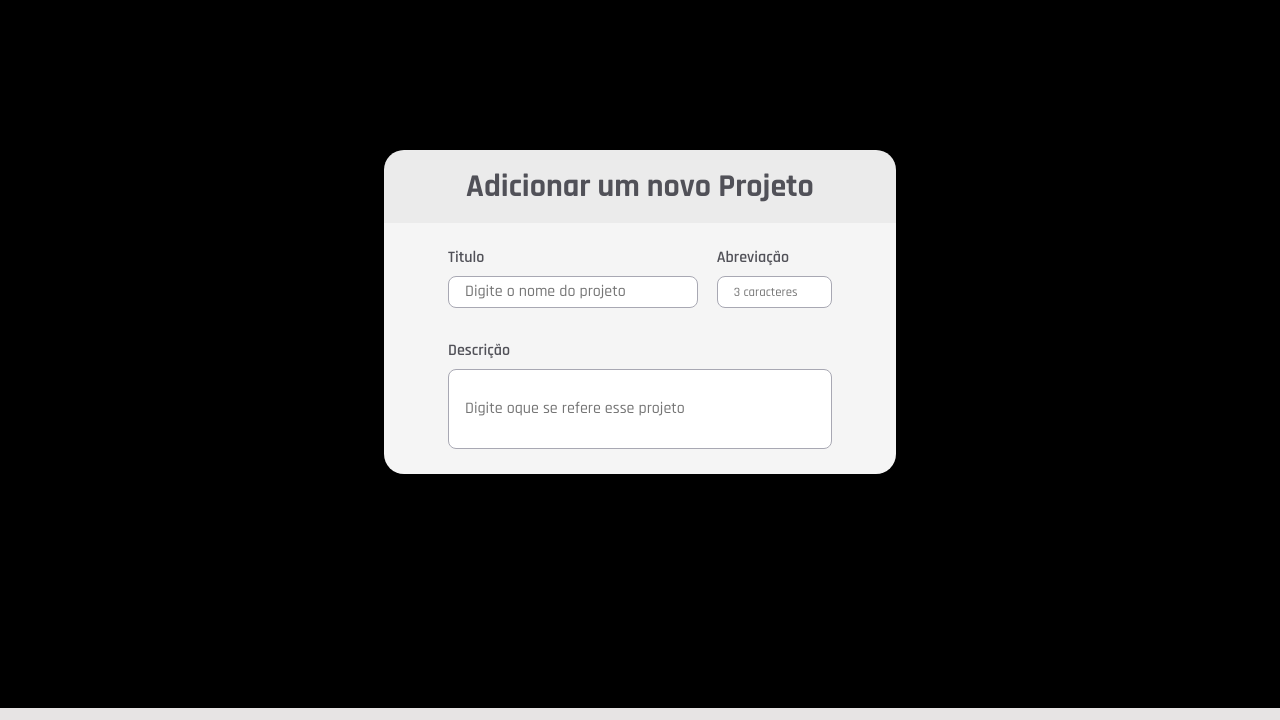
Repository: kika-cavalher/qapp-web
Page: /, after clicking the first element matching `div.btn-open-modal > button`
An editor plug-in stored every save of this project. The page is shown before and after a run of saves, followed by the edit.
The browser window is 1280 px wide. The pictures show the whole page.
The page's requests for data from a server got no answer. The project was rebuilt for these pictures with package versions that can differ from the ones it lists, and the page was loaded fresh each time. No one was signed in, and anything a server would have sent is missing. Also part of the build but not shown: src/hooks/useAuth.ts, src/styles/pages/signIn.scss, src/components/Pages/auth/SignIn.tsx, src/styles/pages/signUp.scss, src/components/Pages/auth/SignUp.tsx. Imported but missing from the stored project, and not drawn on this page: src/components/PageDefault/head/logo/logo.

Above is the page before, as saved 2022-03-24 18:15:05.

### public/index.html
<!DOCTYPE html>
<html lang="pt-br">
  <head>
    <meta charset="utf-8" />
    <meta name="viewport" content="width=device-width, initial-scale=1" />

    <link rel="preconnect" href="https://fonts.googleapis.com">
    <link rel="preconnect" href="https://fonts.gstatic.com" crossorigin>
    <link href="https://fonts.googleapis.com/css2?family=Rajdhani:wght@300;400;500;600;700&display=swap" rel="stylesheet">

    <title>QApp</title>
  </head>
  <body>
    <noscript>You need to enable JavaScript to run this app.</noscript>
    <div id="root"></div>
  </body>
</html>

### src/index.tsx
import React from 'react';
import ReactDOM from 'react-dom';
import App from './App';

import './styles/styles.scss';
import './services/firebase'


ReactDOM.render(
  <React.StrictMode>
    <App />
  </React.StrictMode>,
  document.getElementById('root')
);

### src/App.tsx
import { AuthContextProvider } from './contexts/AuthContext'
import { BrowserRouter, Routes, Route } from "react-router-dom";

import { ProjectPage  } from "./components/Pages/project";
import { LoginPage } from "./components/Pages/auth/signIn";
import { RegisterPage } from "./components/Pages/auth/signUp";


function App() {
  return (
    <BrowserRouter>
      <AuthContextProvider>
        <Routes>
          <Route path="/" element={<ProjectPage  />} />
          <Route path="auth/sign-in" element={<LoginPage />} />
          <Route path="auth/sign-up" element={<RegisterPage  />} />
        </Routes>
      </AuthContextProvider>
    </BrowserRouter>
  );
}

export default App;

### src/styles/styles.scss
@import 'variables.scss';

* {
    box-sizing: border-box;
    margin: 0;
    padding: 0;
  }

  body {
    background: $white-offwhite;
    color: $dark-grey;
  }

  body, input, button, textarea {
    font: 400 16px 'Rajdhani', sans-serif;
  }

### src/services/firebase.ts
import firebase from 'firebase/compat/app';
import 'firebase/compat/auth';
import { getFirestore } from "firebase/firestore";


const firebaseConfig = {
  apiKey: process.env.REACT_APP_API_KEY,
  authDomain: process.env.REACT_APP_AUTH_DOMAIN,
  databaseURL: process.env.REACT_APP_DATABASE_URL,
  projectId: process.env.REACT_APP_PROJECT_ID,
  storageBucket: process.env.REACT_APP_STORAGE_BUCKET,
  messagingSenderId: process.env.REACT_APP_MESSAGING_SENDER_ID,
  appId: process.env.REACT_APP_APP_ID
};

firebase.initializeApp(firebaseConfig);

const auth = firebase.auth();
const database = getFirestore();

export { firebase, auth, database }

### src/contexts/AuthContext.tsx
import { createContext, ReactNode, useEffect, useState } from "react";
import { createUserWithEmailAndPassword, signInWithEmailAndPassword, getAuth } from "firebase/auth"
import firebase from "firebase/compat";


type User = {
  email: string;
  password: string;
}

type AuthContextProviderProps = {
  children?: ReactNode | undefined;
}

type AuthContextType = {
  user: User | undefined;
  signIn: (props: User) => Promise<void>;
  signUp: (props: User) => Promise<void>;
  // signInWithGoogle: () => Promise<void>;
}


export const AuthContext = createContext({} as AuthContextType);

export const AuthContextProvider = (props: AuthContextProviderProps) => {
  const [user, setUser] = useState<User>();
  const auth = getAuth();


  const signIn = async (props: User) => {
    signInWithEmailAndPassword(auth, props.email, props.password)
    .then((userCredential) => {
      if (!userCredential) {
        throw new Error('Missing information from Google Account.');
      }
      setUser({
        email: props.email,
        password: props.password
      })
    })
    .catch((error) => {
      console.log(error.code & error.message);
    })
  }


  const signUp = async (props: User) => {
    createUserWithEmailAndPassword(auth, props.email, props.password)
    .then((userCredential) => {
      console.log(userCredential.user);
    })
    .catch((error) => {
      console.log(error.code & error.message);
    })
  };

  // async function signInWithGoogle() {
  //   const provider = new firebase.auth.GoogleAuthProvider();
  //   const result = await auth.signInWithPopup(provider);
  //   .then((userCredential) => {
  //     if (!userCredential) {
  //       throw new Error('Missing information from Google Account.');
  //     }
  //     setUser({
  //       email: email,
  //       password: password
  //     })
  //   })
  //   .catch((error) => {
  //     console.log(error.code & error.message);
  //   })
  // }

  useEffect(() => {
    const unsubscribe = auth.onAuthStateChanged(user => {
      if (user) {
        const { email } = user

        if (!email) {
          throw new Error('Missing information from your Account.');
        }
        setUser({
          email: email,
          //erro , onde pega a senha?
          password: user.refreshToken
        })
      }
    })

    return () => {
      unsubscribe();
    }
  }, [])

  //useImperativeHandle?

  return (
    <AuthContext.Provider  value={{user, signIn, signUp}}>
      {props.children}
    </AuthContext.Provider>
  )

}

### src/components/Pages/project/index.tsx
import { useCallback, useRef } from "react";

import { TopMenu } from "../../PageDefault/head/menu";
import { Search } from "../../Global/search";
import { Footer } from "../../PageDefault/footer";
import Modals, { ModalHandles } from "../../Global/modal";
import { Button } from "../../Global/button";

import iconAdd from '../../../assets/icon/add.png';
import './style.scss'

export function ProjectPage () {
    const arrumarVariavel = "Projetos";
    const modalRef = useRef<ModalHandles>(null)

    const handleOpenModal = useCallback(() => {
        modalRef.current?.openModal();
    }, [])


    return (
        <div id="page-project">
            <TopMenu />
                <div className='page-project--main__container'>
                    <div className='page-project--container__title'>
                        <h1>{arrumarVariavel}</h1>
                    </div>
                <Search />
                <Button
                onClick={handleOpenModal}
                className="btn-open-modal">
                    Novo projeto
                </Button>
                <Modals ref={modalRef}/>
                    <div className='page-project--cards'>
                        <div className='page-project--cards__new'>
                            <div className='page-project--cards__new--icon'>
                                <input className='page-project--cards__new--img' type="image" src={iconAdd} alt="icone de orientação para adicionar novo projeto"/>
                            </div>
                        </div>
                    </div>
                </div>
            <Footer />
        </div>
    )
}

### src/styles/variables.scss
//colors
$white: #fff;
$white-offwhite: #f8f8f8;
$dark-offwhite: #f5f5f5;
$transparente: rgba(255, 255, 255, -0.1);

$light-grey: #e7e4e4;
$medium-grey: #c6c6c9;
$grey-with-transparency: rgba(0, 0, 0, 0.041);
$grey_border: #a8a8b3;
$dark-grey: #515158;

$turquoise: #1ac7c5;
$dark-greenish: #119d9c;

$dark-pink: #c86291;
$light-pink: #f8eaea;

$red_google: #ea4335;

// media queries
$monitor-width: 1300px;
@mixin monitor {
    @media (min-width: #{$monitor-width}) {
        @content;
    }
}

$notebook-width: 1300px;
$notebook-height: 700px;
@mixin notebook {
    @media (max-width: #{$notebook-width}) and (min-height: #{$notebook-height}){
        @content;
    }
}

$tablet-width: 850px;
@mixin tablet {
    @media (max-width: #{$tablet-width}){
        @content;
    }
}

$phone-width: 500px;
@mixin phone {
    @media (max-width: #{$phone-width}){
        @content;
    }
}

$screen-slim: 700px;
@mixin slim {
    @media (max-height: #{$screen-slim}) {
        @content;
    }
}

### src/components/PageDefault/head/menu/index.tsx
import { Link } from 'react-router-dom'

import './style.scss'
import Logo from '../logo';

export function TopMenu () {



    return (
        <div id="component--top-menu">
             <div className='component--top-menu__logo'>
                <Logo />
                <p>Gerenciador de testes.</p>
            </div>
            <div className='component--top-menu__pages'>
                <ul className='top-menu__list'>
                    <li className='top-menu__itens'>
                        <Link to='/' className='top-menu__pages--project'>Projetos
                        </Link>
                    </li>
                </ul>
                <ul className='top-menu__list'>
                    <li className='top-menu__itens'>
                        <Link to='/' className='top-menu__pages--reports'>Relatórios
                        </Link>
                    </li>
                </ul>
            </div>
            <div className='component--top-menu__user'>
                <div className='component--user__round'>
{/*                     <h1>{initials}</h1> */}
                </div>
            </div>
        </div>
    )
}

### src/components/Global/search/index.tsx
import { Button } from '../button';

import iconSearch from '../../../assets/icon/search.png';
import iconFilter from '../../../assets/icon/filter.png';
import './style.scss'


export function Search () {
    return (
        <div id="component--search">
            <div className='component--search__input'>
                <input type="text" placeholder="Digite o nome do (colocar variavel)"/>
                <div className='search__input--icon'>
                    <img id="icon-search" src={iconSearch} alt="icone de identificação visual do campo de busca" />
                </div>
            </div>
            <Button
            type="submit"
            className="btn__search">
                Buscar
            </Button>
            <div className='component--filters'>
                <img id="icon-filter" src={iconFilter} alt="icone de identificação visual das opções de filtragem" />
            </div>
        </div>
    )
}

### src/components/PageDefault/footer/index.tsx

import iconLinkedin from '../../../assets/icon/linkedin.png';
import iconInstagram from '../../../assets/icon/instagram.png';
import iconGithub from '../../../assets/icon/github.png';
import './style.scss';

export function Footer () {
    return (
        <div id="component--footer">
            <p>Produzido por Erica Cavalher</p>
            <div className='footer--list__social-media'>
                <img id="icon-add--linkedin" src={iconLinkedin} alt="icone de orientação para adicionar novo projeto" />
                <img id="icon-add--instagram" src={iconInstagram} alt="icone de orientação para adicionar novo projeto" />
                <img id="icon-add--github" src={iconGithub} alt="icone de orientação para adicionar novo projeto" />
            </div>
        </div>
    )
}

### src/components/Global/modal/index.tsx
import { forwardRef, useCallback, useImperativeHandle, useRef, useState } from "react"
import { Button } from "../button";

import './style.scss'

export interface ModalHandles {
    openModal: () => void;
}

const Modals: React.RefForwardingComponent<ModalHandles> = (props, ref) => {
    const titleRef = useRef<HTMLInputElement>(null);
    const abbreviationRef = useRef<HTMLInputElement>(null);
    const describeRef = useRef<HTMLInputElement>(null);
    const [visible, setVisible] = useState(false);

    const openModal = useCallback(() => {
        setVisible(true);
    }, []);

    useImperativeHandle(ref, () => {
        return {
            openModal
        };
    });

    const handleCloseModal = useCallback(() => {
        setVisible(false);
    }, []);

    if(!visible) {
        return null;
    }
    return (
        <div className="modal-out">
            <div className="modal">
            <div className="modal-header">
                <h1>Adicionar um novo Projeto</h1>
            </div>
            <div className="modal-content">
                <form className="modal-content--form">
                    <div className="modal-content--titleAndAbreviation">
                        <div className="modal-content--title">
                            <p className="modal---title">Titulo</p>
                            <input className="modal--title__input"
                            ref={titleRef}
                            type="text"
                            placeholder="Digite o nome do projeto">
                            </input>
                        </div>
                        <div className="modal-content--abbreviation">
                            <p className="modal--abbreviation">Abreviação</p>
                            <input className="modal--abbreviation__input"
                            ref={abbreviationRef}
                            type="text"
                            placeholder="3 caracteres">
                            </input>
                        </div>
                    </div>
                    <div className="modal-content--describe">
                        <p className="modal-content--describe__title">Descrição</p>
                        <input className="modal-content--describe_input"
                        ref={describeRef}
                        type="text-area"
                        placeholder="Digite oque se refere esse projeto">
                        </input>
                    </div>
                    <div className="btn-modal">
                        <Button onClick={handleCloseModal}>Salvar</Button>
                    </div>
                </form>
                </div>
            </div>
        </div>

    )
}

export default forwardRef(Modals);

### src/components/Global/button/index.tsx

import './style.scss'

//usestate
//onchange
//value
//name


type Button = {
    className?: string
    children?: React.ReactNode
    type?: "button" | "submit" | "reset" | undefined,
    onClick?: () => void,
}

export function Button ({ className, children, onClick, type }: Button) {
    return (
        <div className={className} >
            <button
            onClick={onClick}
            type={type}
            >
                {children}
            </button>
        </div>
    )
}

### src/components/Pages/project/style.scss
@import '../../../styles/variables.scss';

#page-project {
    display: flex;
    flex-direction: column;
    justify-content: space-between;
    height: 100%;
    z-index: 1;
}

.page-project--main__container {
    margin: 1.5rem 5rem;
}

.page-project--container__title {

    h1 {
        color: $dark-grey;
        font-size: 3.5rem;
        font-weight: 500;
    }
}

.page-project--cards {
    /* Colocar grid 3 card maximo por linha.  */

    .page-project--cards__new {
        background-color: $dark-greenish;
        width: 13rem;
        height: 18rem;
        border: 1px solid $dark-greenish;
        border-radius: 15px;
        color: $dark-grey;
        margin: 1rem 0 3rem 0;

        .page-project--cards__new--icon {
            display: flex;
            align-items: center;
            justify-content: center;
            height: 18rem;

            .page-project--cards__new--img{
                height: 10rem;
                width: 10rem;
            }
        }
    }

}

### src/components/PageDefault/head/menu/style.scss
@import '../../../../styles//variables.scss';

#component--top-menu {
    background: $dark-offwhite;
    border-bottom: 0.5px solid #DAD2D2;
    box-shadow: 0px 2px 2px rgba(0, 0, 0, 0.10);
    display: flex;
    flex-direction: row;
    height: 6rem;
    justify-content: space-between;
}

.component--top-menu__logo {
    align-items: center;
    display: flex;
    flex-direction: row;
    margin-left: 0.5rem;

    #img-logo {
        cursor: pointer;
        height: 60px;
        width: 60px;

        @include phone {
            width: 50px;
        }
    }

    p {
        font-size: 1rem;
        font-weight: 500;
        margin-right: 2rem;
        width: 5rem;
    }
}

.component--top-menu__pages {
    align-items: flex-end;
    display: flex;
    font-size: 1.2rem;
    width: 100%;
    height: 4rem;

    .top-menu__itens {
        list-style: none;
        margin-left: 2rem;

        a {
            color: $dark-grey;
            cursor: pointer;
            font-weight: 500;
            text-decoration: none;
        }

        &:hover {
            margin-bottom: 2px;
            border-bottom: 2px solid $turquoise
        }
    }
}

.component--top-menu__user {
    align-items: center;
    display: flex;
    justify-content: center;
    width: 10rem;

    .component--user__round {
        align-items: center;
        background: $turquoise;
		border: 1px solid $turquoise;
        border-radius: 50%;
        display: flex;
		height: 4rem;
        justify-content: center;
        text-transform: uppercase;
        width: 4rem;

        h1 {
            color: $white
        }
    }
}

### src/components/PageDefault/head/logo/index.tsx
import { useNavigate } from 'react-router-dom';
import logoQapp from '../../../../assets/images/logoQapp.png';

export default function Logo() {

    const history = useNavigate();
    function navigateToHome(e: { preventDefault: () => void; }) {
        e.preventDefault();
        history('/');
    }


    return (
        <img onClick={navigateToHome} id="img-logo" src={logoQapp} alt="Logo da empresa QApp" />
    );
  }

### src/components/Global/search/style.scss
@import '../../../styles/variables.scss';

#component--search {
    display: flex;
    align-items: center;
}

.component--search__input {
    display: flex;
    align-items: center;
    margin-right: 0.8rem;

    input {
        background: $transparente;
        border: 1px solid $grey_border;
        border-radius: 8px;
        color: $dark-grey;
        font-size: 0.8rem;
        font-weight: 500;
        height: 1.6rem;
        margin: 0.5rem 0;
        outline: none;
        padding: 0 10px;
        width: 17rem;
        z-index:2;
    }

    .search__input--icon {
        align-items: flex-end;
        display: flex;
        flex-direction: column;
        position: absolute;
        width: 16.3rem;
        z-index:1;

        img {
            height: 1.1rem;
            width: 1.1rem;
        }
    }
}

.component--filters {
    margin-left: 0.8rem;

    img {
        height: 1.8rem;
        width: 1.8rem;
    }
}

### src/components/PageDefault/footer/style.scss
@import '../../../styles/variables.scss';

#component--footer {
    align-items: center;
    background-color: $light-grey;
    bottom: 0;
    display: flex;
    flex-direction: column;
    height: 5rem;
    justify-content: center;
    position: fixed;
    text-align: center;
    width: 100vw;

    p{
        font-size: 1rem;
        font-weight: 600;
    }

    img {
        margin: 0.3rem 0.5rem 0 0;
        height: 1.5rem;
        width: 1.5rem;
    }

}

.footer--list__social-media {
    display: flex;
    flex-direction: row;
}

### src/components/Global/modal/style.scss
@import '../../../styles/variables.scss';

.modal-out {
    display: flex;
    align-items: center;
    justify-content: center;
    background: black;
    position: fixed;
    z-index: 2;
    width: 100%;
    height: 110%;
    margin-top: -25rem;
    margin-left: -5rem;
}

.modal {
    background: $dark-offwhite;
    border-radius: 20px;
    display: flex;
    height: 45%;
    flex-direction: column;
    overflow: hidden;
    position: fixed;
    width: 40%;
    z-index: 3;
}

.modal-header {
    background-color: $grey-with-transparency;
    padding: 1rem;
    text-align: center;
}

.modal-content {
    padding: 0.5rem 1rem;
    display: flex;
    justify-content: center;
}

.modal-content--form {
    display: flex;
    flex-direction: column;
    width: 80%;

    p {
        font-size: 1rem;
        font-weight: 600;
    }
}

.modal-content--titleAndAbreviation {
    display: flex;
    flex-direction: row;
    justify-content: space-between;
    margin-top: 1rem;
    width: 100%;

    input {
        background: $white;
        border: 1px solid $grey_border;
        border-radius: 8px;
        color: $dark-grey;
        font-weight: 500;
        height: 2rem;
        margin: 0.5rem 0 2rem 0;
        outline: none;
        padding: 0 16px;
        width: 100%;

        &:hover {
            border: 2px solid $turquoise;

            @include phone {
                border: 1px solid $turquoise;
            }

            @include slim {
                border: 1px solid $turquoise;
            }
        }

        &:focus-visible {
            border: 2px solid $turquoise;

            @include phone {
                border: 1px solid $turquoise;
            }

            @include slim {
                border: 1px solid $turquoise;
            }
        }
    }

}

.modal-content--title {
    width: 65%;
}

.modal-content--abbreviation {
    width: 30%;

    input {
        font-size: 0.8rem;
    }
}

.modal-content--describe {

    input {
        background: $white;
        border: 1px solid $grey_border;
        border-radius: 8px;
        color: $dark-grey;
        font-weight: 500;
        height: 5rem;
        margin: 0.5rem 0 2rem 0;
        outline: none;
        padding: 0 16px;
        width: 100%;

            &:hover {
            border: 2px solid $turquoise;

            @include phone {
                border: 1px solid $turquoise;
            }

            @include slim {
                border: 1px solid $turquoise;
            }
        }

        &:focus-visible {
            border: 2px solid $turquoise;

            @include phone {
                border: 1px solid $turquoise;
            }

            @include slim {
                border: 1px solid $turquoise;
            }
        }
    }
}



//     p {
//

//         &:first-child {
//             margin-top: 1rem;
//         }


//         @include monitor {
//             font-size: 1.3rem;
//         }

//         // @include notebook {
//         //     font-size: 1.2rem;
//         // }

//         // @include tablet {
//         //     font-size: 1.5rem;
//         // }

//         // @include phone {
//         //     font-size: 1.3rem;
//         // }

//         // @include slim {
//         //     font-size: 1.1rem;
//         // }
//     }

//     input {


//         @include monitor {
//             font-size: 1rem;
//         }

//         // @include notebook {
//         //     font-size: 1rem;
//         // }

//         // @include tablet {
//         //     font-size: 1.2rem;
//         //     height: 3rem;
//         // }

//         // @include phone {
//         // }

//         // @include slim {
//         //     font-size: 0.8rem;
//         // }


//     }
// }



// @keyframes scale-in {
//     0% {
//       -webkit-transform: scale(0);
//               transform: scale(0);
//     }
//     100% {
//       -webkit-transform: scale(1);
//               transform: scale(1);
//     }
// }

// .modal {
// 	-webkit-animation: scale-in 0.3s cubic-bezier(0.250, 0.460, 0.450, 0.940);
// 	        animation: scale-in 0.3s cubic-bezier(0.250, 0.460, 0.450, 0.940);

// }

Loaded but not shown: src/components/Global/button/style.scss (201 lines, source omitted)

After the next 2 saves:
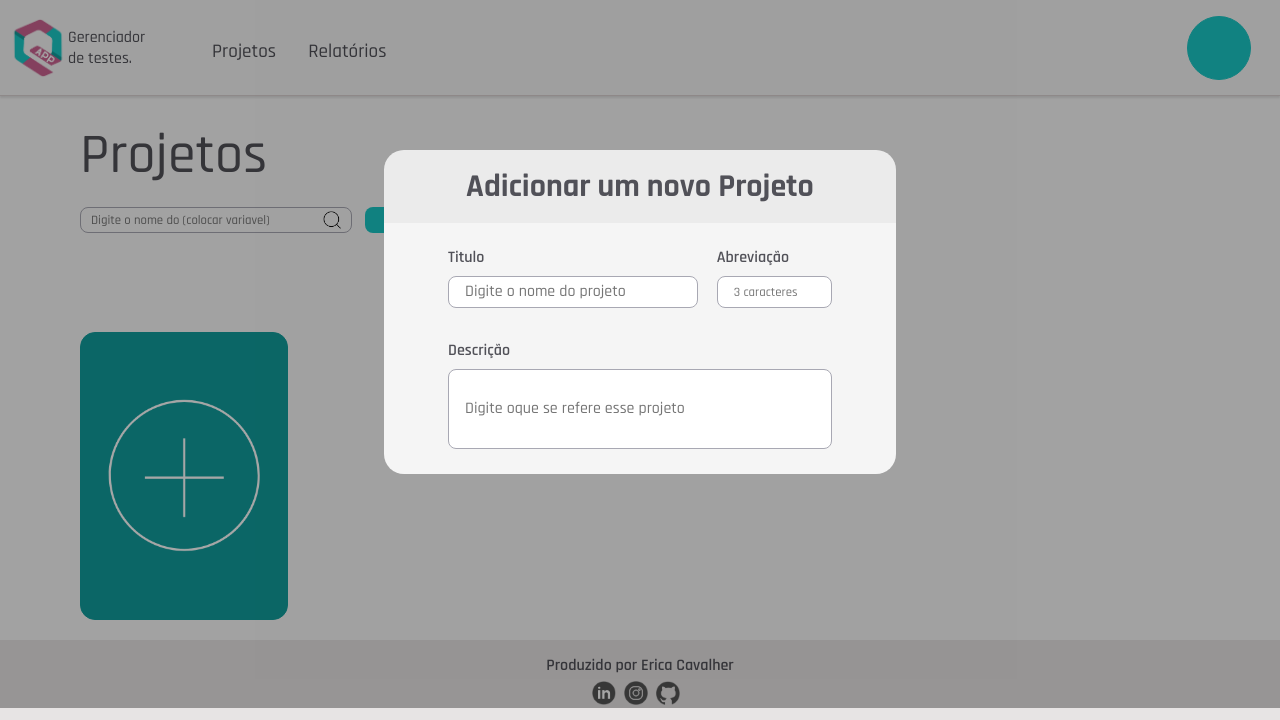
The 2 saves are shown as one change because 1 did not build or start.
The last was saved 2 min 11 s later.
--- a/src/styles/variables.scss
+++ b/src/styles/variables.scss
@@ -2,13 +2,15 @@
 $white: #fff;
 $white-offwhite: #f8f8f8;
 $dark-offwhite: #f5f5f5;
+
 $transparente: rgba(255, 255, 255, -0.1);
+$grey-with-transparency: rgba(0, 0, 0, 0.041);
+$black-with-transparency: rgba(0, 0, 0, 0.349);
 
 $light-grey: #e7e4e4;
 $medium-grey: #c6c6c9;
-$grey-with-transparency: rgba(0, 0, 0, 0.041);
+$dark-grey: #515158;
 $grey_border: #a8a8b3;
-$dark-grey: #515158;
 
 $turquoise: #1ac7c5;
 $dark-greenish: #119d9c;
--- a/src/components/Global/modal/style.scss
+++ b/src/components/Global/modal/style.scss
@@ -4,7 +4,7 @@
     display: flex;
     align-items: center;
     justify-content: center;
-    background: black;
+    background: $black-with-transparency;
     position: fixed;
     z-index: 2;
     width: 100%;
